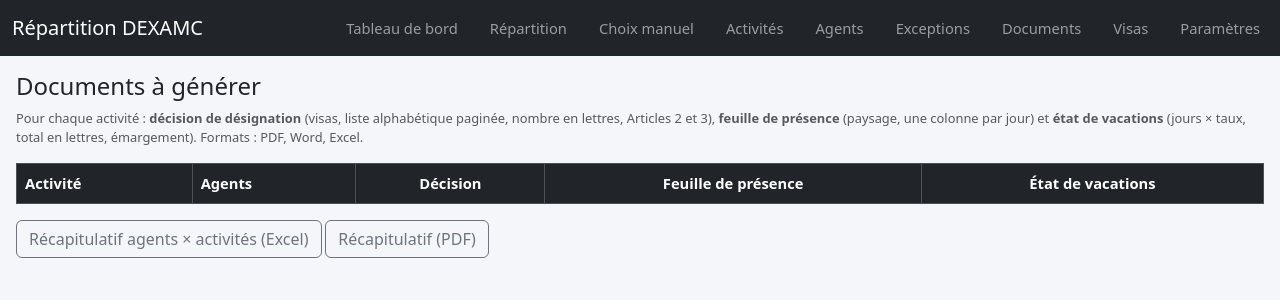
Repository: Mikandry/vacation
Page: http://localhost/documents
An editor plug-in stored every save of this project. The page is shown before and after the next save, followed by the edit.
The browser window is 1280 px wide. The pictures show the whole page.
The page is served by the project's Laravel application, run on PHP 8.4 with Laravel 12. Queries for data that is not in the repository find no rows.

Above is the page before, as saved 2026-10-19 15:29:18.

After the next save:
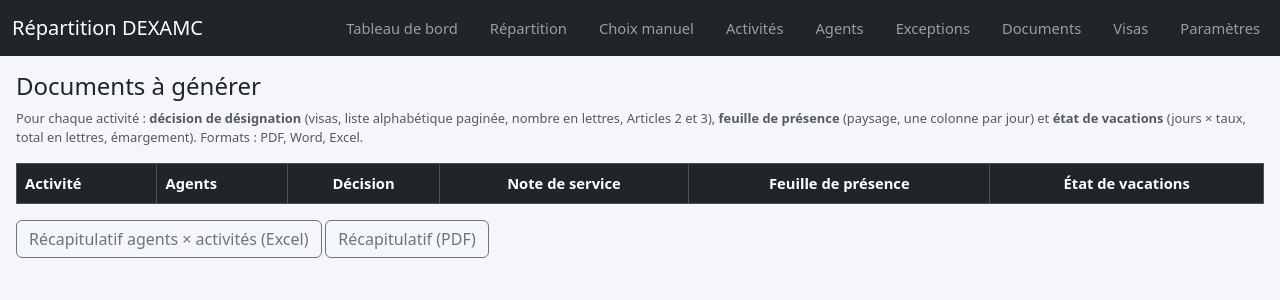
Saved 28 s later.
--- a/app/Services/DocumentExporter.php
+++ b/app/Services/DocumentExporter.php
@@ -23,7 +23,7 @@ class DocumentExporter
 {
     public function __construct(private DocumentService $docs) {}
 
-    public const TITLES = ['decision' => 'Décision', 'presence' => 'Feuille de présence', 'etat' => 'État de vacations'];
+        public const TITLES = ['decision' => 'Décision', 'note' => 'Note de service', 'presence' => 'Feuille de présence', 'etat' => 'État de vacations'];
 
     private function send(string $tmp, string $name): BinaryFileResponse
     {
